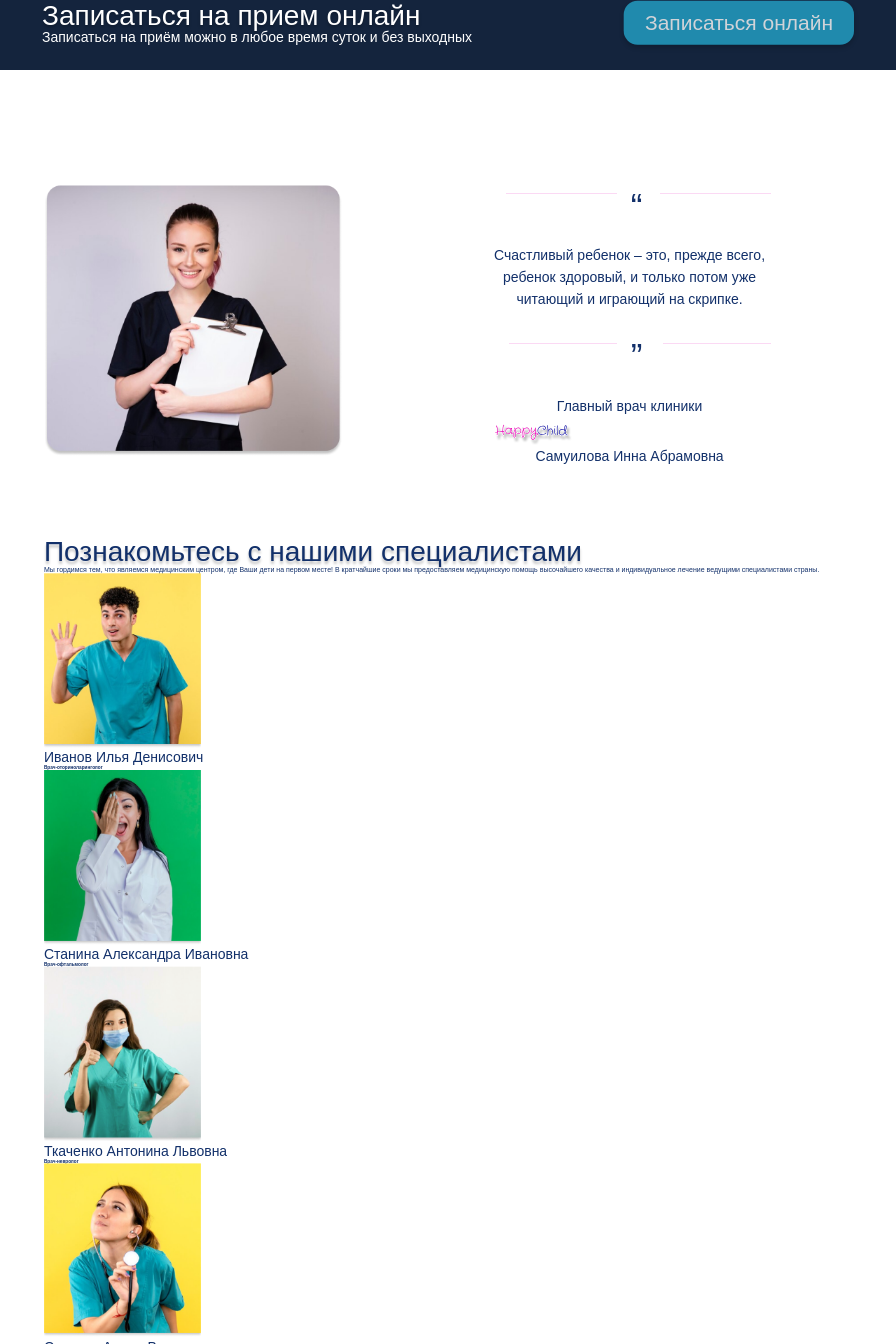
Repository: Normandy72/Landing-Page-Happy-Child
Page: index.html
These files come from the project's save history. The page is drawn as it stood at one moment and after the next save; the edit follows.
The browser window is 1280 px wide. The pictures show the part of the page from y = 2700 to 4620 px (the page is 8118 px tall before and 8088 px after), at 70% of full size.
Some web fonts or font styles are not loaded; a fallback is used.

Above is the page before, as saved 2022-11-12 14:43:40.

After the next save:
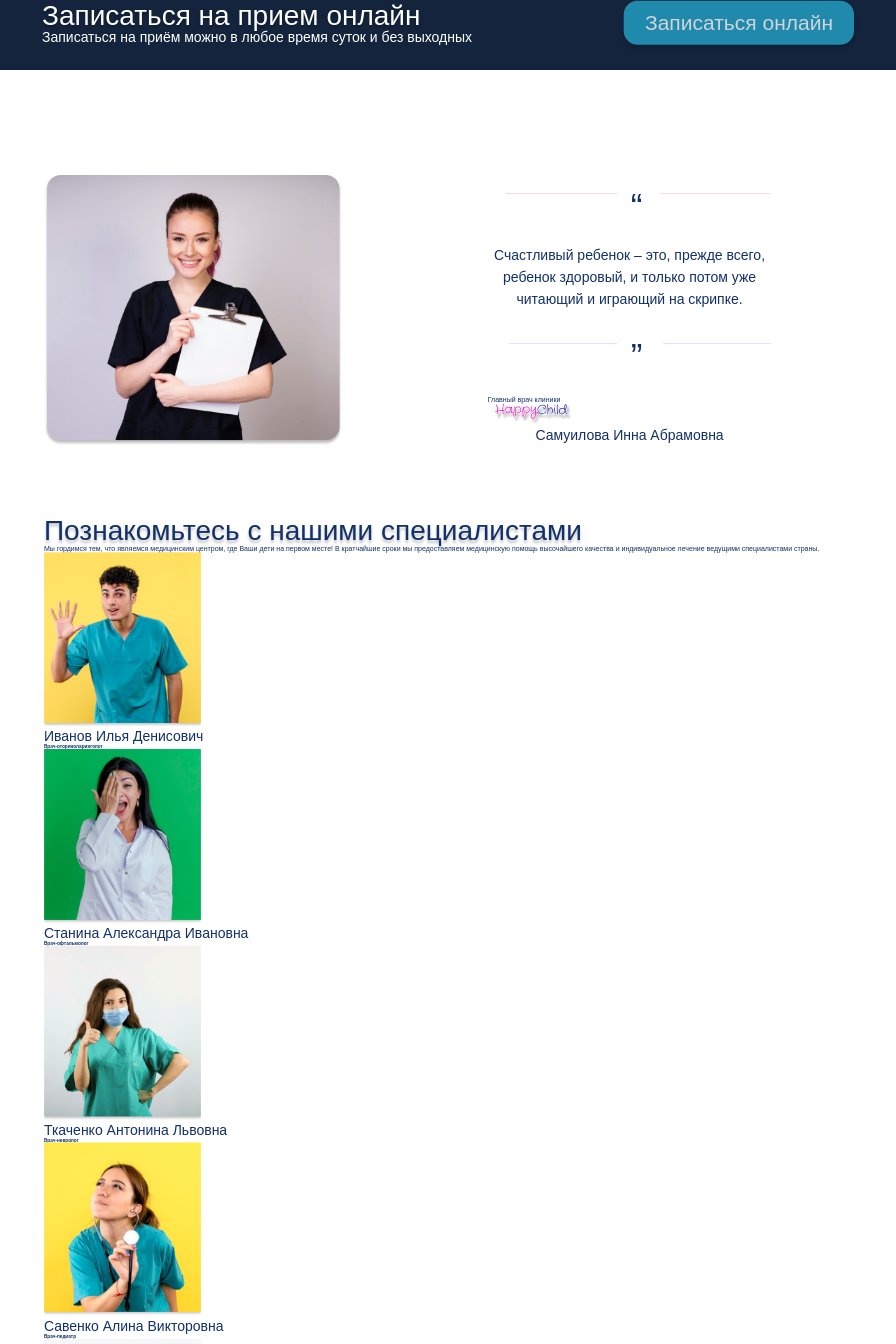
Saved 55 s later.
--- a/index.html
+++ b/index.html
@@ -159,7 +159,7 @@
                     <p>”</p>
                     <div class="lines__line"></div>
                 </div>
-                <h5>Главный врач клиники</h5>
+                <p>Главный врач клиники</p>
                 <img class="chief__logo" src="resources/icon/HappyChild_small.svg" alt="logo"></img>
                 <h5>Самуилова Инна Абрамовна</h5>
             </div>

After the save that followed:
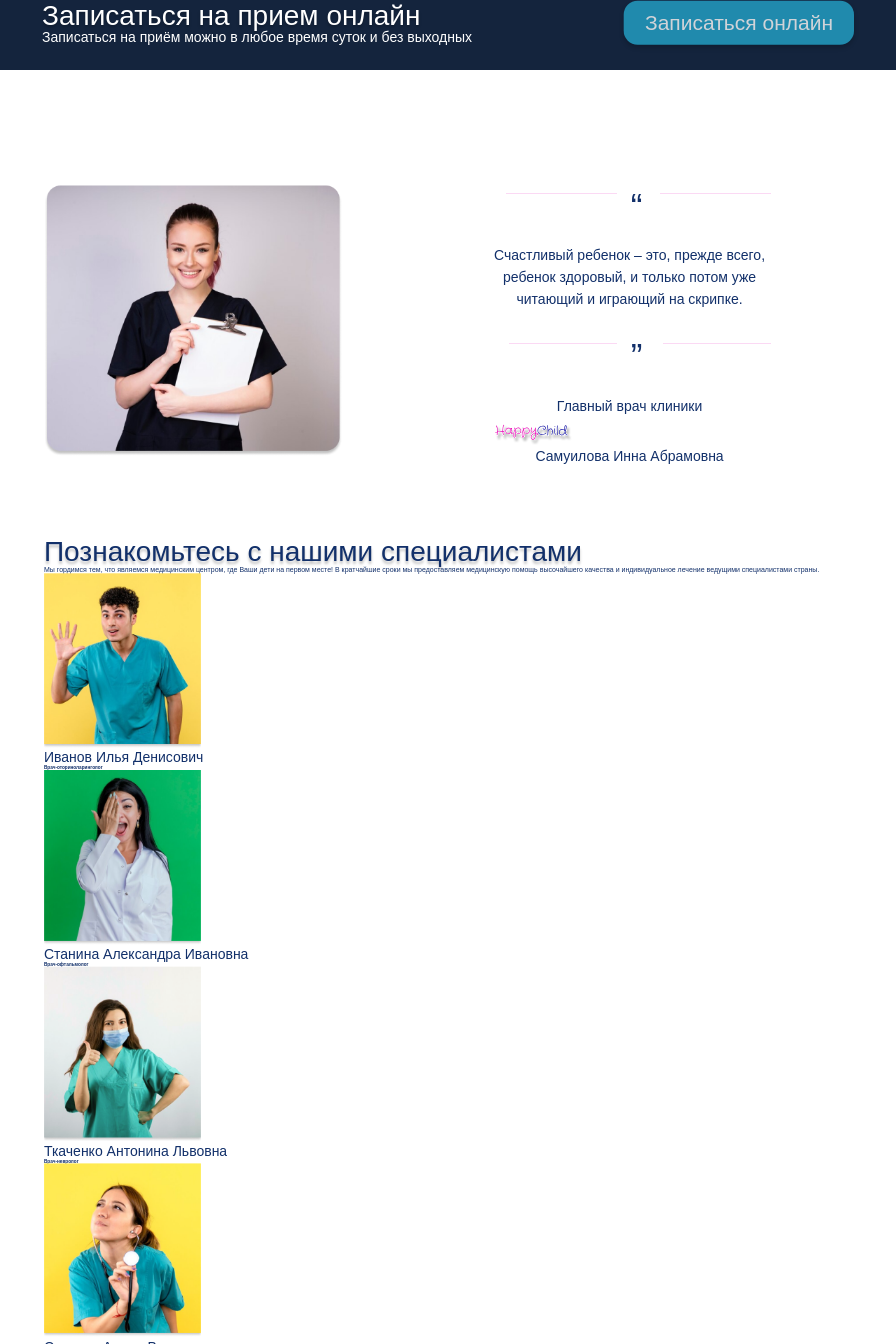
Saved 8 s later.
--- a/index.html
+++ b/index.html
@@ -159,7 +159,7 @@
                     <p>”</p>
                     <div class="lines__line"></div>
                 </div>
-                <p>Главный врач клиники</p>
+                <h5>Главный врач клиники</h5>
                 <img class="chief__logo" src="resources/icon/HappyChild_small.svg" alt="logo"></img>
                 <h5>Самуилова Инна Абрамовна</h5>
             </div>
